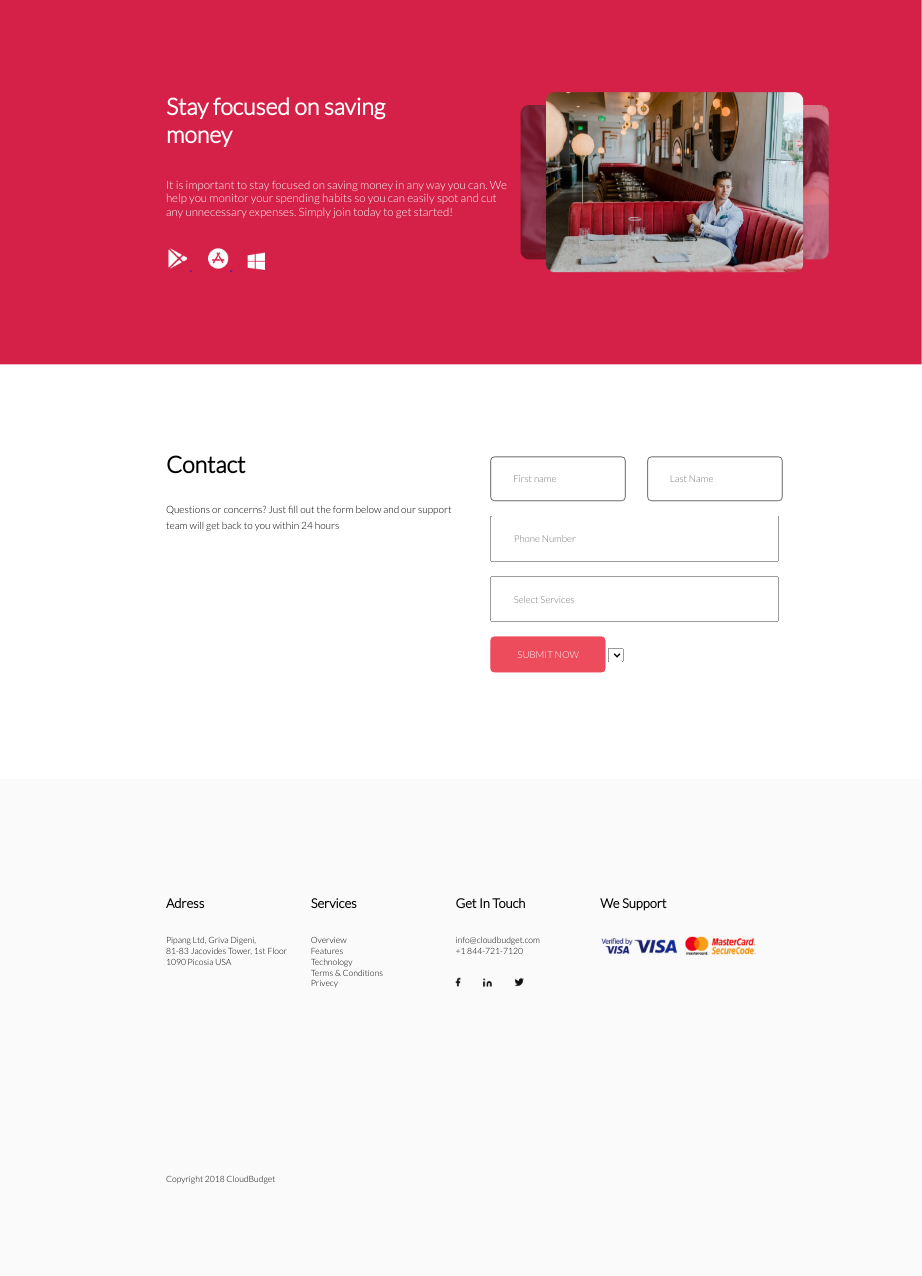
Repository: batonAnton/Cursor_lecture4
Page: index.html
These files come from the project's save history. The page is drawn as it stood at one moment and after the next save; the edit follows.
The browser window is 1280 px wide. The pictures show the whole page, at 72% of full size.

Above is the page before, as saved 2022-06-09 16:43:45.

### index.html
<!DOCTYPE html>
<html lang="en">
<head>
    <meta charset="UTF-8">
    <meta http-equiv="X-UA-Compatible" content="IE=edge">
    <meta name="viewport" content="width=device-width, initial-scale=1.0">
    <title>CloudBudget Freebie</title>
    <link rel="preconnect" href="https://fonts.googleapis.com">
    <link rel="preconnect" href="https://fonts.gstatic.com" crossorigin>
    <link href="https://fonts.googleapis.com/css2?family=Lato:wght@300&display=swap" rel="stylesheet">
    <link rel="stylesheet" href="css/style.css">
</head>
<body>
    <div class="full-page">
    <header>
        <div class="info-box">
            <h1>Stay focused on saving <br> money</h1>
            <p>It is important to stay focused on saving money in any way you can. We <br> help you monitor your spending habits so you can easily spot and cut <br> any unnecessary expenses. Simply join today to get started!</p>

            <div class="link_source">
                <a href="https://play.google.com/store/games?hl=uk&gl=US">
                    <img src="/image/icon/google_play.png" alt="icon-google">
                </a>
                <a href="https://www.apple.com/ua/app-store/">
                    <img src="/image/icon/apstore.png" alt="icon-apstore">
                </a>
                <a href="https://www.microsoft.com/uk-ua/software-download/windows10">
                    <img src="/image/icon/windows.png" alt="icon-windows">
                </a>
            </div>
        </div>

        <div class="big_img"></div>
    </header>

    <section>
        <div class="info-box">
            <h1>Contact</h1>
            <p>Questions or concerns? Just fill out the form below and our support <br> team will get back to you within 24 hours</p>
        </div>

        <div class="input-fields">
            <form>
                <div>
                    <input type="text" id="fname" placeholder="First name" name="fname">
                    <input type="text" id="lname" placeholder="Last Name" name="lname">
                </div>

                <input type="number" name="" id="number" placeholder="Phone Number">
                <input list="browsers" id="dropdown" placeholder="Select Services" name="service"> <br>

                <button>submit now</button>

                <select id="standard-select">
                    <option class="option" value="Service1"></option>
                        <option  class="option" value="Service2"></option>
                        <option  class="option" value="Service3"></option>
                        <option  class="option" value="Service4"></option>
                        <option  class="option" value="Service5"></option>
                    </option>
                  </select>
              </form>
        </div>
    </section>

    <footer>
        <div class="all-block">
            <div class="adress-block">
                <h1>adress</h1>
                <p>
                    Pipang Ltd, Griva Digeni,<br>
                    81-83 Jacovides Tower, 1st Floor <br>
                    1090 Picosia USA
                </p>
            </div>

            <div class="services">
                <h1>services</h1>
                <a href="">overview</a>
                <a href="">features</a>
                <a href="">technology</a>
                <a href="">terms & conditions</a>
                <a href="">privecy</a>
            </div>

            <div class="link-social">
                <h1>Get in Touch</h1>
                <a href="">info@cloudbudget.com</a>
                <a href="">+1 844-721-7120</a>

                <div>
                    <a href="">
                        <img src="/image/footer/facebook.png" alt="facebook-link">
                    </a>

                    <a href="">
                        <img src="/image/footer/feather-linkedin.png" alt="linkdn">
                    </a>

                    <a href="">
                        <img src="/image/footer/tweeter.png" alt="tweeter-img">
                    </a>
                </div>
            </div>

            <div class="paymants">
                <h1>We Support</h1>
                <img src="/image/footer/secure-p-1 1.png" alt="img pay">
            </div>
        </div>
        <p class="copyright">Copyright 2018 CloudBudget</p>
    </footer>
    </div>
</body>
</html>

### css/style.css
* {
  font-family: "Lato", sans-serif;
  font-weight: 400;
  margin: 0px;
  padding: 0px;
  box-sizing: border-box;
}

.full-page{
  /* padding:0 5% 0 5%; */
}
h1 {
  font-weight: 600;
}

header {
  width: 100%;
  height: 20%;
  padding: 10%;
  color: #ffffff;
  display: inline-flex;
  background-color: #d52047;
}

.info-box {
  width: 80%;
  margin-left: 10%;
}

.info-box h1{
  font-size: 2rem;
}

.info-box p {
  margin: 40px 0;
  font-size 14px;
}

.link_source a {
  margin-left: -19px;
  padding: 0 20px;
}

.big_img {
  background-image: url("/image/Photo.png");
  width: 70%;
  background-repeat: no-repeat;
  background-position: center;
  background-size: contain;
}

/* Section */
section {
  color: #000000;
  display: inline-flex;
  padding: 10%;
  width: 100%;
}

section .info-box {
  width: 80%;
  color: #000000;
  line-height: 140%;
}

section .info-box h1 {
  font-weight: 600;
  font-size: 2rem;
}

section .info-box p{
  font-size: 14px;
}

#fname,
#lname {
  width: 39%;
  height: 60px;
  border: 1px solid #333333;
  border-radius: 6px;
}

.input-fields input {
  width: 80%;
  height: 60px;
  padding: 30px;
}

form div {
  display: inline-flex;
}
form input,
button {
  margin-left: 30px;
  margin-bottom: 20px;
  /* margin: 0px 0px 30px 10px; */
}

.input-fields {
  /* margin-right: 100px; */
}

button {
  background-color: #ed4c5c;
  color: #ffffff;
  width: 160px;
  height: 50px;
  border: 1.5px solid #ed4c5c;
  border-radius: 6px;
  text-transform: uppercase;
}

footer {
  background-color: #fafafa;
  margin: 0px auto 0px auto;
  font-size: 12px;
}

.all-block {
  display: inline-flex;
  padding: 10% 18%;
  width: 100%;
}


.all-block div {
  width: 30%;
}

footer h1 {
  font-style: normal;
  font-weight: 700;
  line-height: 22px;
  text-transform: capitalize;
  margin-bottom: 33px;
  margin-top: 33px;
  font-size: 18px;
}

.services a,
.link-social a {
  display: grid;
  text-decoration: none;
  color: #000000;
}

.services a {
  text-transform: capitalize;
}

.link-social div {
  display: inline-flex;
}

.link-social div a {
  margin: 30px 30px 0px 0px;
}

.copyright{
  padding: 10% 18%;
}

 .option{
  width: 100%;
}

After the next save:
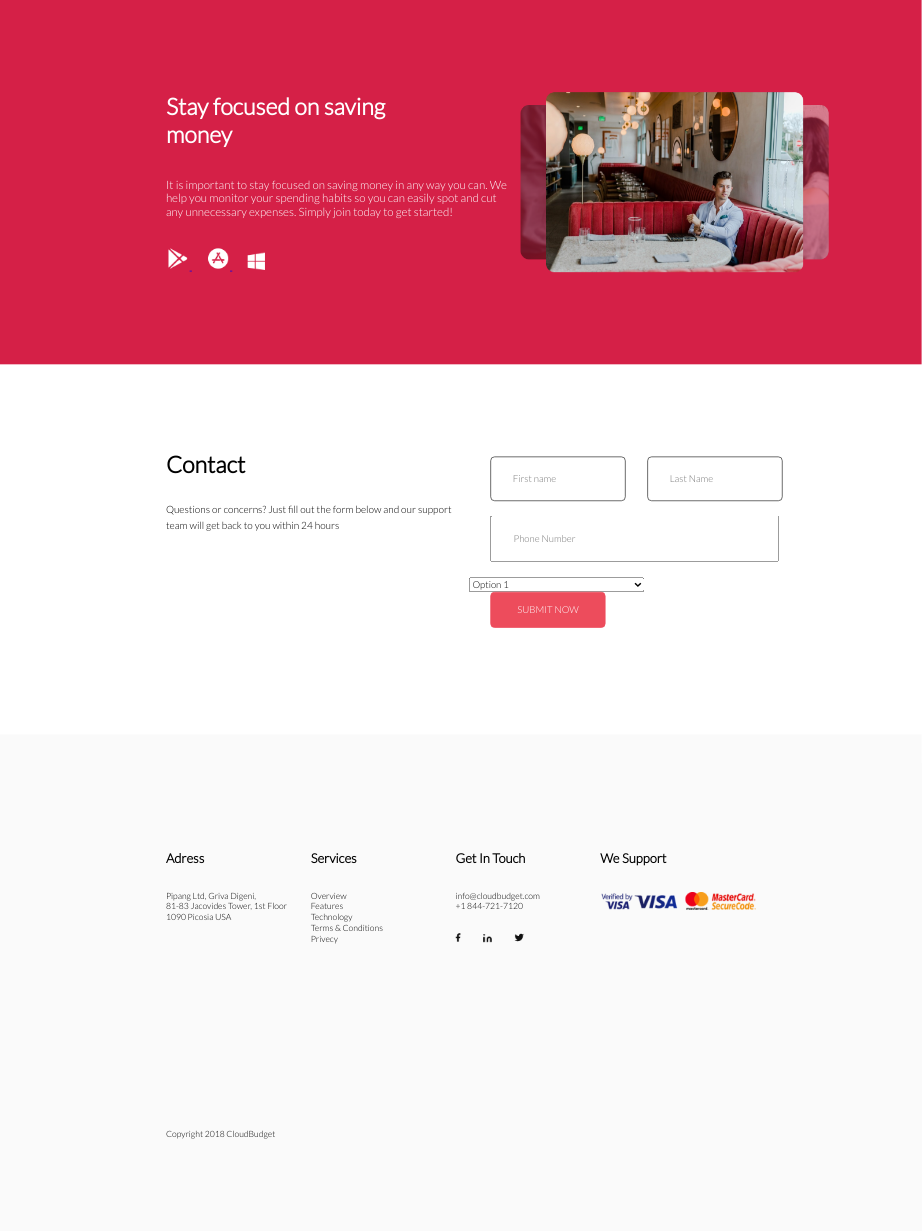
Saved 5 min 6 s later.
--- a/index.html
+++ b/index.html
@@ -47,18 +47,20 @@
                 </div>
 
                 <input type="number" name="" id="number" placeholder="Phone Number">
-                <input list="browsers" id="dropdown" placeholder="Select Services" name="service"> <br>
-
+                <!-- <input list="standard-select" id="dropdown" placeholder="Select Services" name="service"> <br> -->
+                <select id="standard-select">
+                    <option value="Option 1">Option 1</option>
+                    <option value="Option 2">Option 2</option>
+                    <option value="Option 3">Option 3</option>
+                    <option value="Option 4">Option 4</option>
+                    <option value="Option 5">Option 5</option>
+                    <option value="Option length">
+                      Option that has too long of a value to fit
+                    </option>
+                  </select> <br>
                 <button>submit now</button>
 
-                <select id="standard-select">
-                    <option class="option" value="Service1"></option>
-                        <option  class="option" value="Service2"></option>
-                        <option  class="option" value="Service3"></option>
-                        <option  class="option" value="Service4"></option>
-                        <option  class="option" value="Service5"></option>
-                    </option>
-                  </select>
+
               </form>
         </div>
     </section>
